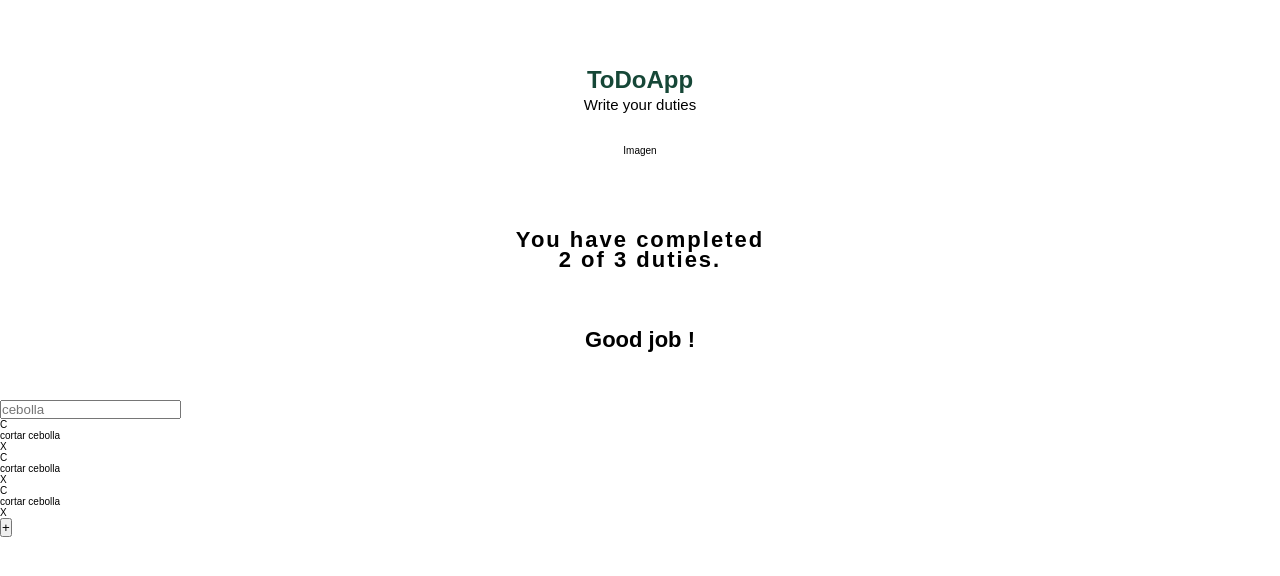
Repository: ChristianGecchelin/to-do-app
Page: /
An editor plug-in stored every save of this project. The page is shown before and after the next save, followed by the edit.
The browser window is 1280 px wide. The pictures show the whole page.
The project was rebuilt for these pictures with package versions that can differ from the ones it lists, and the page was loaded fresh each time.

Above is the page before, as saved 2022-01-12 11:00:02.

After the next save:
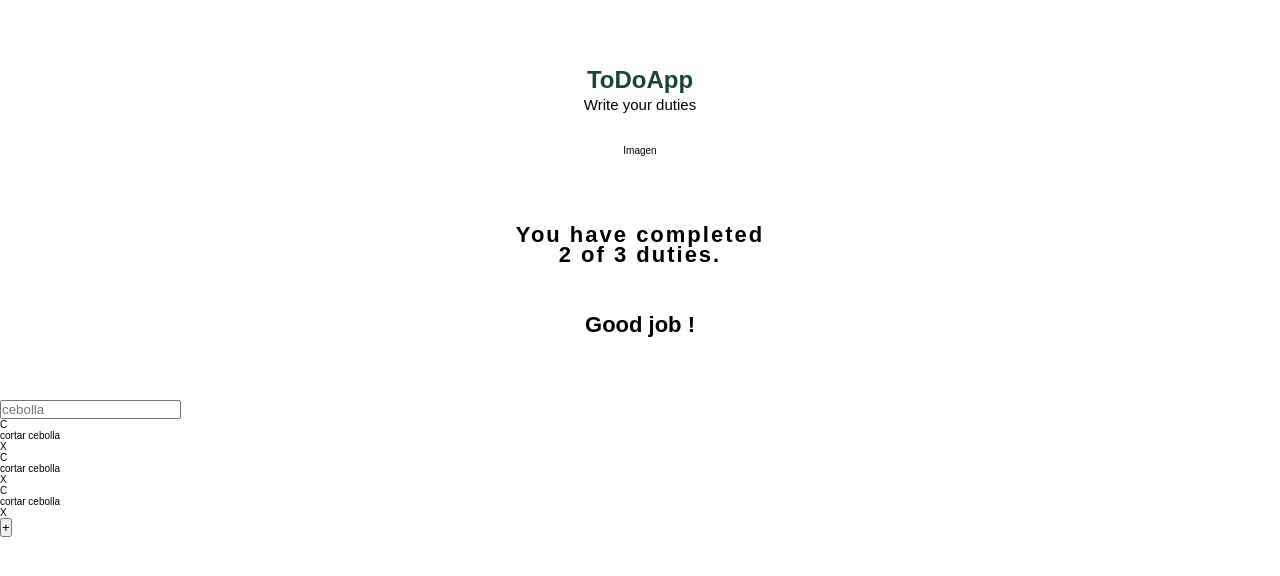
Saved 80 s later.
--- a/src/styles/ToDoCounter.css
+++ b/src/styles/ToDoCounter.css
@@ -19,7 +19,7 @@
   font-size: 2.2rem;
   font-weight: 700;
   line-height: 2rem;
-  padding-bottom: 20px;
+  padding-bottom: 40px;
 }
 
 /* como funciona la especifidad en css en react? */
